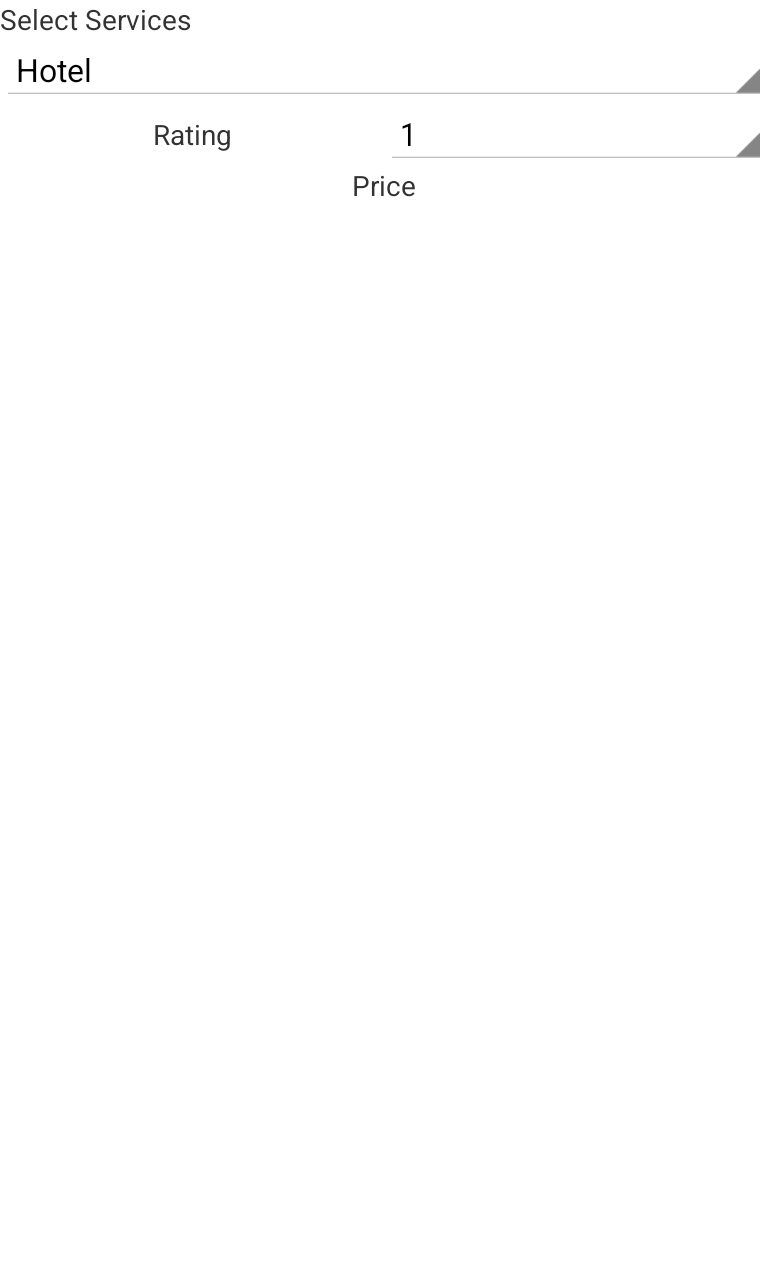
Repository: AungWinnHtut/projAndroid
Layout: com.engineer4myanmar.json.MainActivity/res/layout/activity_search.xml
The author's editor kept a copy of each file at every save. The layout is drawn from the files as they stood at one save, then again after the next save.
It is drawn on a 768 x 1280 px phone screen (xhdpi) without system bars, with theme AppTheme; the app's code is not run.

Above is the layout before, as saved 2015-08-23 11:13:09.

### com.engineer4myanmar.json.MainActivity/res/layout/activity_search.xml
<LinearLayout xmlns:android="http://schemas.android.com/apk/res/android"
    xmlns:tools="http://schemas.android.com/tools"
    android:layout_width="match_parent"
    android:layout_height="match_parent"
    android:orientation="vertical" >

    <LinearLayout
        android:layout_width="match_parent"
        android:layout_height="wrap_content"
        android:orientation="vertical" >

        <TextView
            android:layout_width="match_parent"
            android:layout_height="wrap_content"
            android:text="Select Services" />
        <Spinner
            android:id="@+id/spinner1"
            android:layout_width="match_parent"
            android:layout_height="wrap_content"
            android:entries="@array/services_arrays"
            android:prompt="@string/services_prompt" />
    </LinearLayout>
     <LinearLayout
        android:layout_width="match_parent"
        android:layout_height="wrap_content"
        android:orientation="horizontal" >

        <TextView
            android:layout_width="0dp"
            android:layout_height="wrap_content"
            android:text="Rating"
             android:layout_gravity="center"
            android:gravity="center"
            android:layout_weight="1"/>
        <Spinner
            android:id="@+id/spinner1"
            android:layout_width="0dp"
            android:layout_height="wrap_content"
            android:layout_weight="1"
             android:layout_gravity="center"
            android:gravity="center"
            android:entries="@array/ratings_arrays"
            android:prompt="@string/rating_prompt" />
    </LinearLayout>
     <LinearLayout
        android:layout_width="match_parent"
        android:layout_height="wrap_content"
        android:orientation="horizontal" >

        <TextView
            android:layout_width="match_parent"
            android:layout_height="wrap_content"
            android:text="Price"
            android:layout_gravity="center"
            android:gravity="center"
            />
         </LinearLayout>


</LinearLayout>

### com.engineer4myanmar.json.MainActivity/res/values/strings.xml
<resources>

    <string name="app_name">ExcellentService</string>
    <string name="hello_world">Hello world!</string>
    <string name="menu_settings">Settings</string>
    <string name="title_activity_main">ExcellentService</string>
    <string name="title_activity_services_menu">ExcellentService</string>
    <string name="title_activity_register">ExcellentService</string>
    <string name="title_activity_welcome">WelcomeActivity</string>
    <string name="title_activity_search">SearchActivity</string>
    <string name="services_prompt">Hotel</string>
    <string name="rating_prompt">1</string>
    <string name="cuisine_prompt">Chinese</string>
    <string name="range_prompt">1 km</string>

    <string-array name="services_arrays">
        <item>Hotel</item>
        <item>Bank</item>
        <item>Restaurant</item>
        <item>Hospital</item>
    </string-array>
    <string-array name="ratings_arrays">
        <item>1</item>
        <item>2</item>
        <item>3</item>
        <item>4</item>
        <item>5</item>
    </string-array>
    <string-array name="cuisine_arrays">
        <item>Chinese</item>
        <item>Thai</item>
        <item>Burmese</item>
        <item>Japanese</item>
    </string-array>

      <string-array name="range_arrays">
        <item>1 km</item>
        <item>2 km</item>
        <item>3 km</item>
        <item>4 km</item>
        <item>5 km</item>
    </string-array>

</resources>

Loaded but not shown: com.engineer4myanmar.json.MainActivity/res/values-v11/styles.xml (common file); com.engineer4myanmar.json.MainActivity/res/values-v14/styles.xml (common file); com.engineer4myanmar.json.MainActivity/res/values/styles.xml (common file)

After the next save:
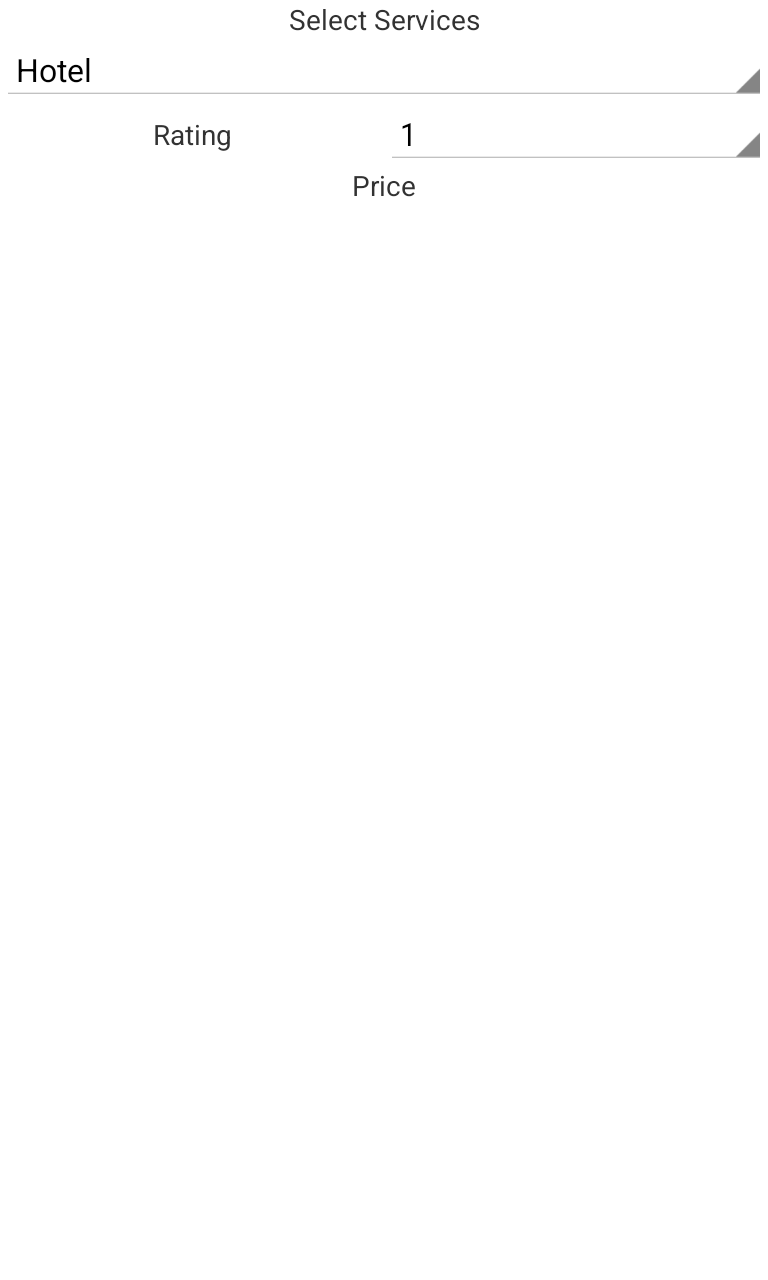
Saved 29 s later.
--- a/com.engineer4myanmar.json.MainActivity/res/layout/activity_search.xml
+++ b/com.engineer4myanmar.json.MainActivity/res/layout/activity_search.xml
@@ -12,6 +12,8 @@
         <TextView
             android:layout_width="match_parent"
             android:layout_height="wrap_content"
+             android:layout_gravity="center"
+            android:gravity="center"
             android:text="Select Services" />
         <Spinner
             android:id="@+id/spinner1"
